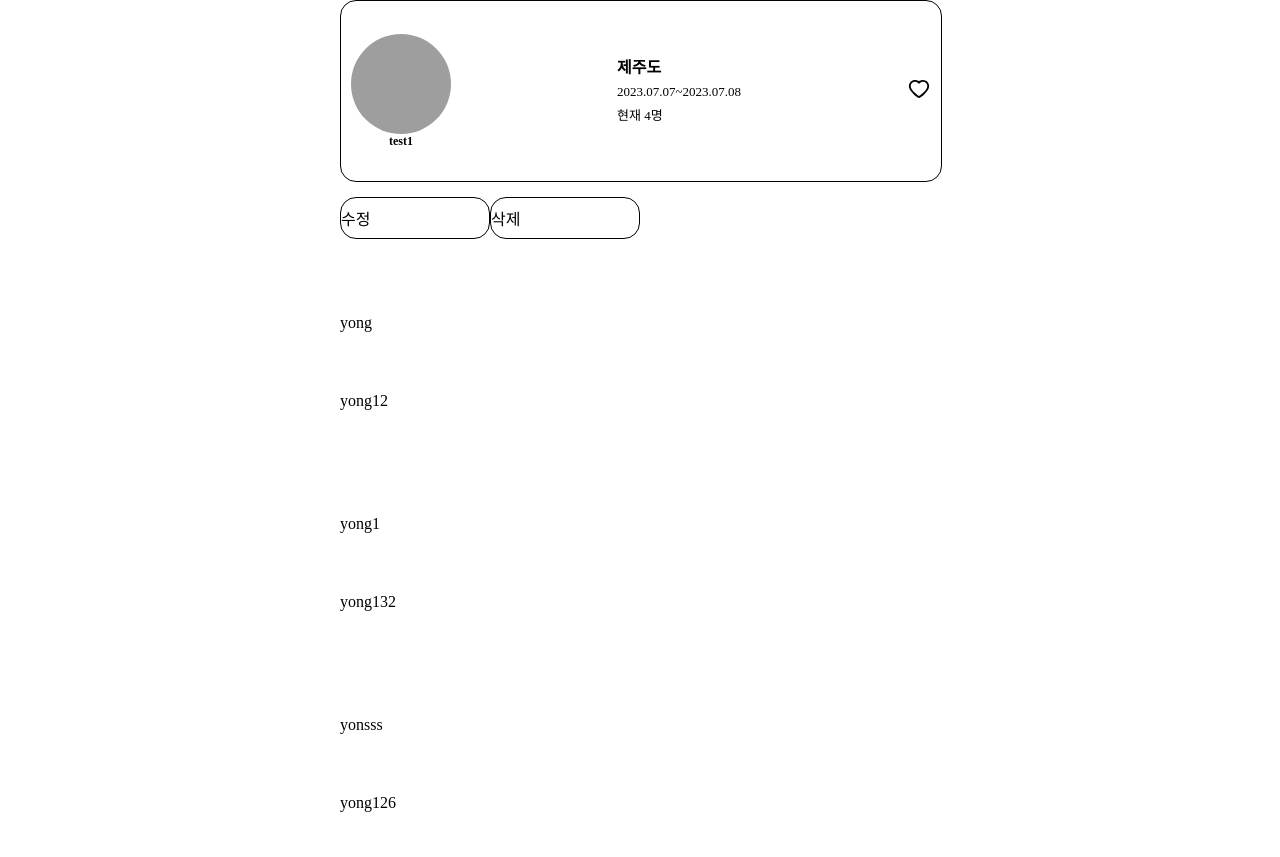
Repository: the-graces/matrip-web
Page: /tripSchedule (app in matrip/)
These files come from the project's save history. The page is drawn as it stood at one moment and after the next save; the edit follows.
The browser window is 1280 px wide. The pictures show the whole page.
Pictures or frames that could not be fetched are drawn as grey boxes. The project was rebuilt for these pictures with package versions that can differ from the ones it lists, and the page was loaded fresh each time. Also part of the build but not shown: matrip/src/pages/Main/mainStyle.tsx, matrip/src/pages/Main/Post.tsx, matrip/src/pages/Main/index.tsx, matrip/src/pages/FriendSearch/friendSearchStyle.tsx, matrip/src/pages/FriendSearch/index.tsx, matrip/src/pages/ItineraryInfo/index.scss, matrip/src/pages/ItineraryInfo/itineraryInfoStyle.tsx, matrip/src/pages/ItineraryInfo/index.tsx and 3 more.

Above is the page before, as saved 2023-07-09 12:45:54.

After the next save:
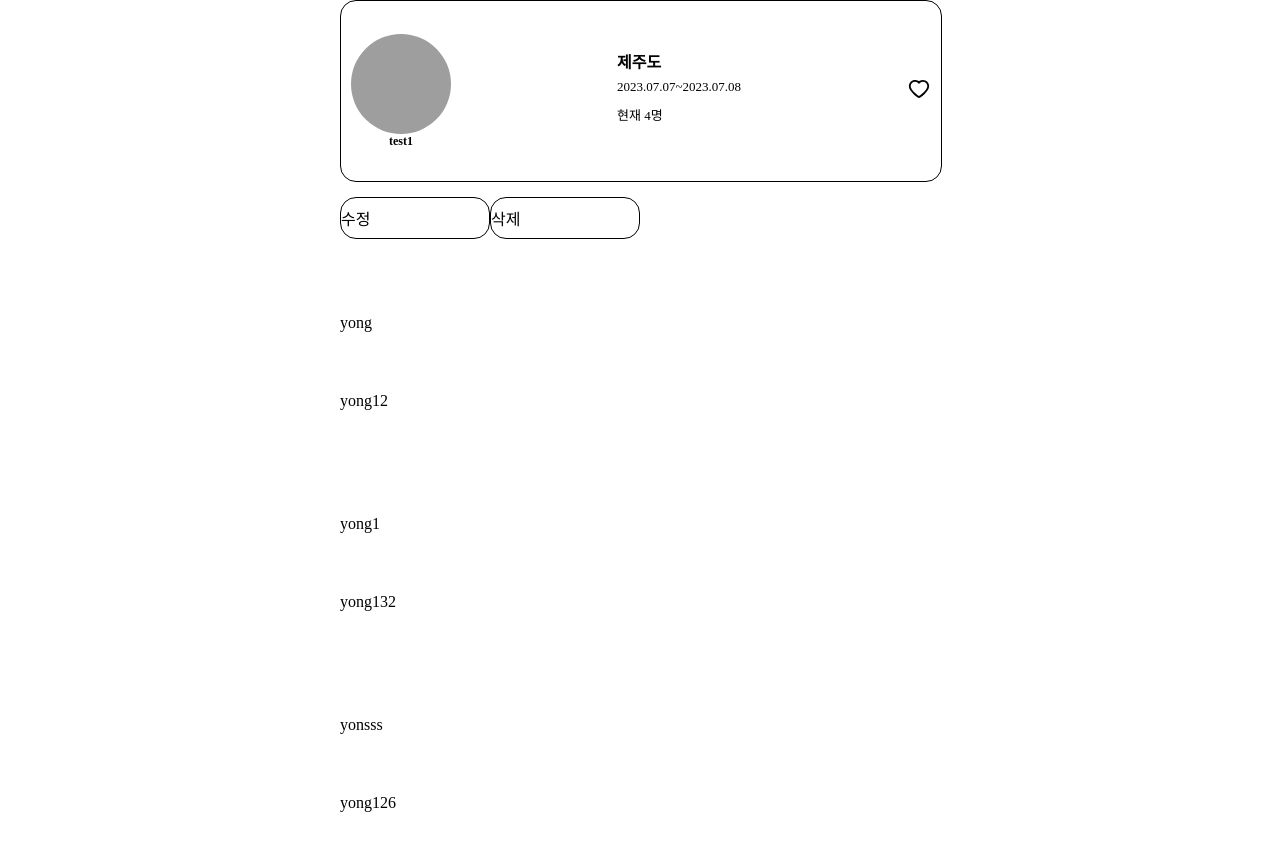
Saved 19 s later.
--- a/matrip/src/pages/TripSchedule/TripScheduleStyle.tsx
+++ b/matrip/src/pages/TripSchedule/TripScheduleStyle.tsx
@@ -59,7 +59,8 @@ export const postTitle = styled.div`
 
 export const postPeriod = styled.div`
   font-size: 13px;
-  margin-bottom: 5px;
+  margin-bottom: 10px;
+
 `;
 
 export const LikeBtn = styled.button`
